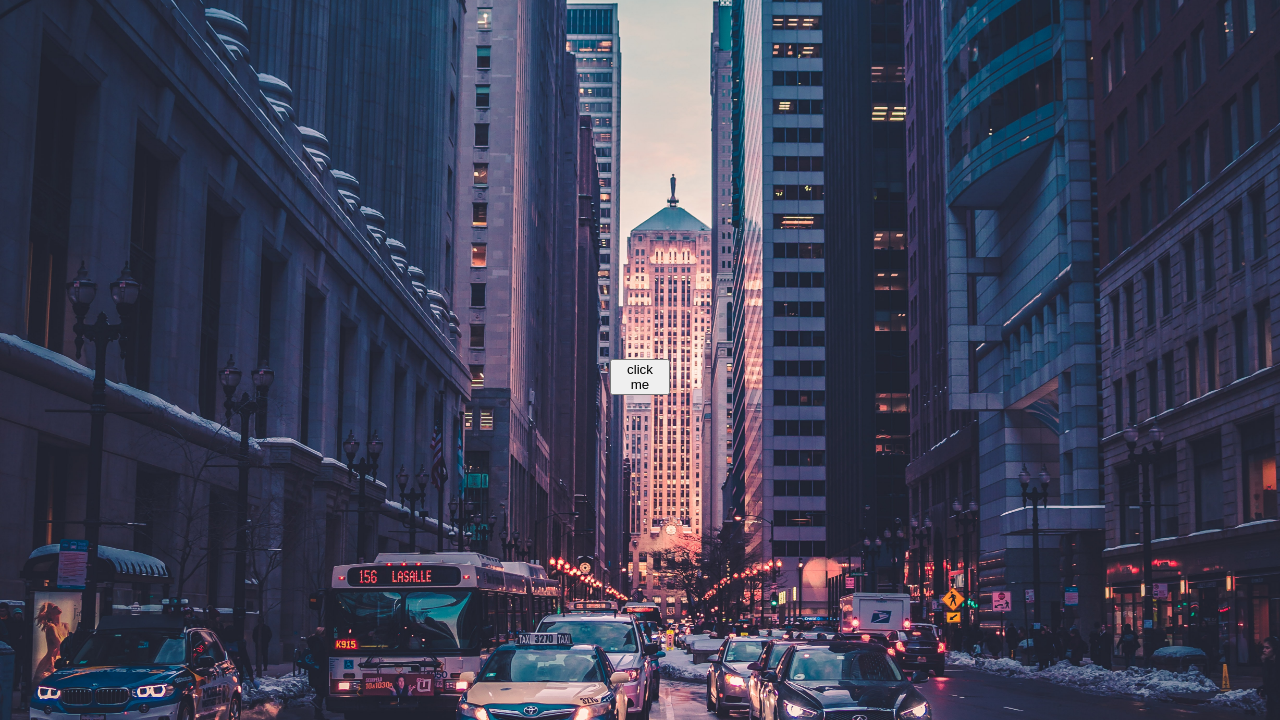
Repository: lamilekan263/random_advice
Page: /
The author's editor kept a copy of each file at every save. The page is drawn from the files as they stood at one save, then again after the next save.
The browser window is 1280 px wide. The pictures show the whole page.
The page's requests for data from a server got no answer. The project was rebuilt for these pictures with package versions that can differ from the ones it lists, and the page was loaded fresh each time. No one was signed in, and anything a server would have sent is missing.

Above is the page before, as saved 2020-08-10 14:37:54.

After the next save:
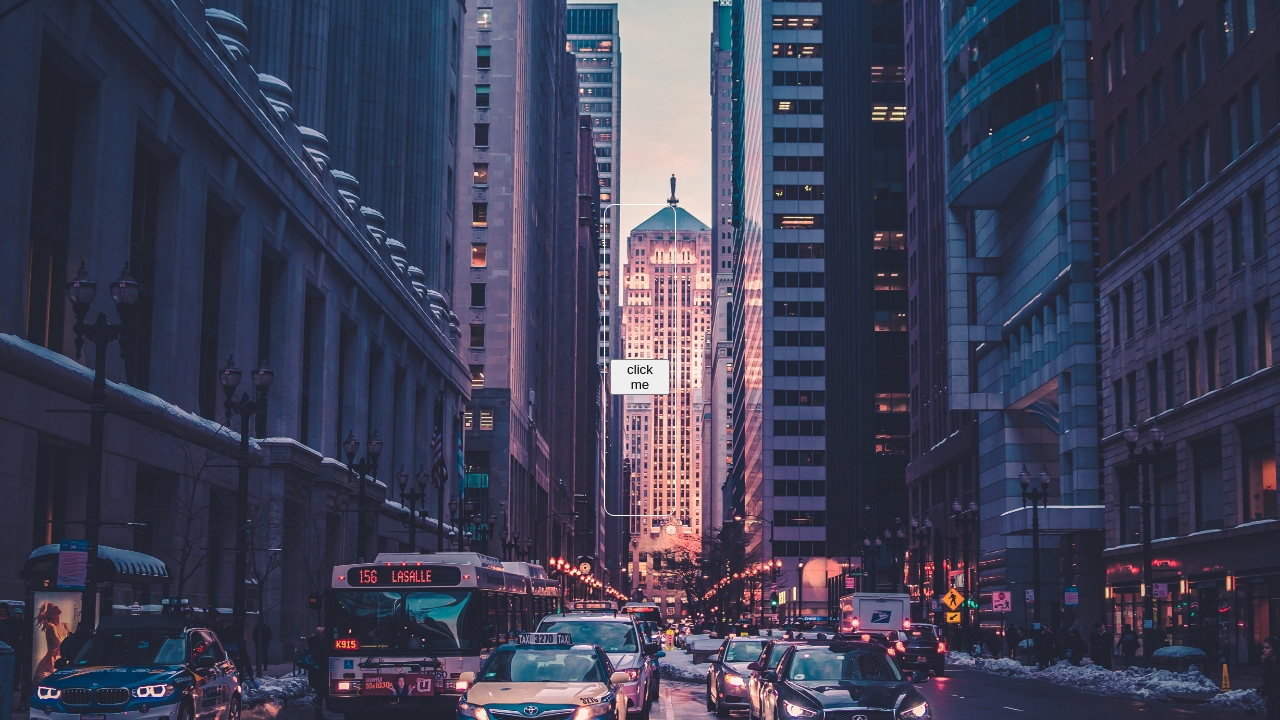
Saved 20 s later.
--- a/src/App.css
+++ b/src/App.css
@@ -17,6 +17,7 @@ body{
   width:80%;
   margin: 0 auto;
   background-color: transparent;
+  border:1px solid white;
   padding:5px;
   border-radius: 10px;
   height:300px;
